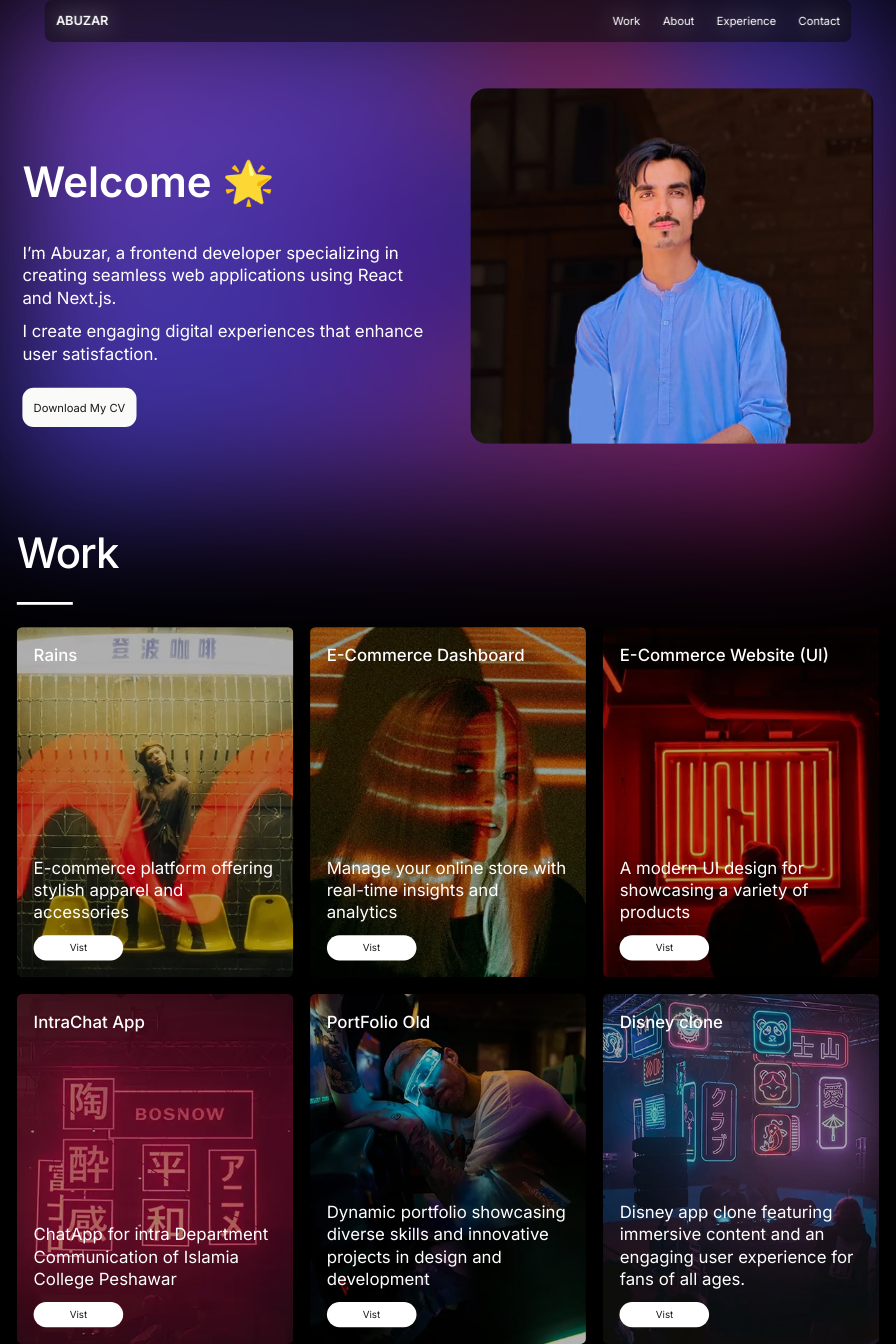
Repository: xarrkhan001/Abuzar-NewPortfolio-Framermotion
Page: /
The author's editor kept a copy of each file at every save. The page is drawn from the files as they stood at one save, then again after the next save.
The browser window is 1280 px wide. The pictures show the part of the page from y = 0 to 1920 px (the page is 4220 px tall), at 70% of full size.
The project was rebuilt for these pictures with package versions that can differ from the ones it lists, and the page was loaded fresh each time. Some packages were replaced by stand-ins written for this rebuild. Also part of the build but not shown: vite.config.js. Imported but missing from the stored project, and not drawn on this page: src/assets/abuzar01-Cv....pdf.

Above is the page before, as saved 2025-03-02 09:46:46.

After the next save:
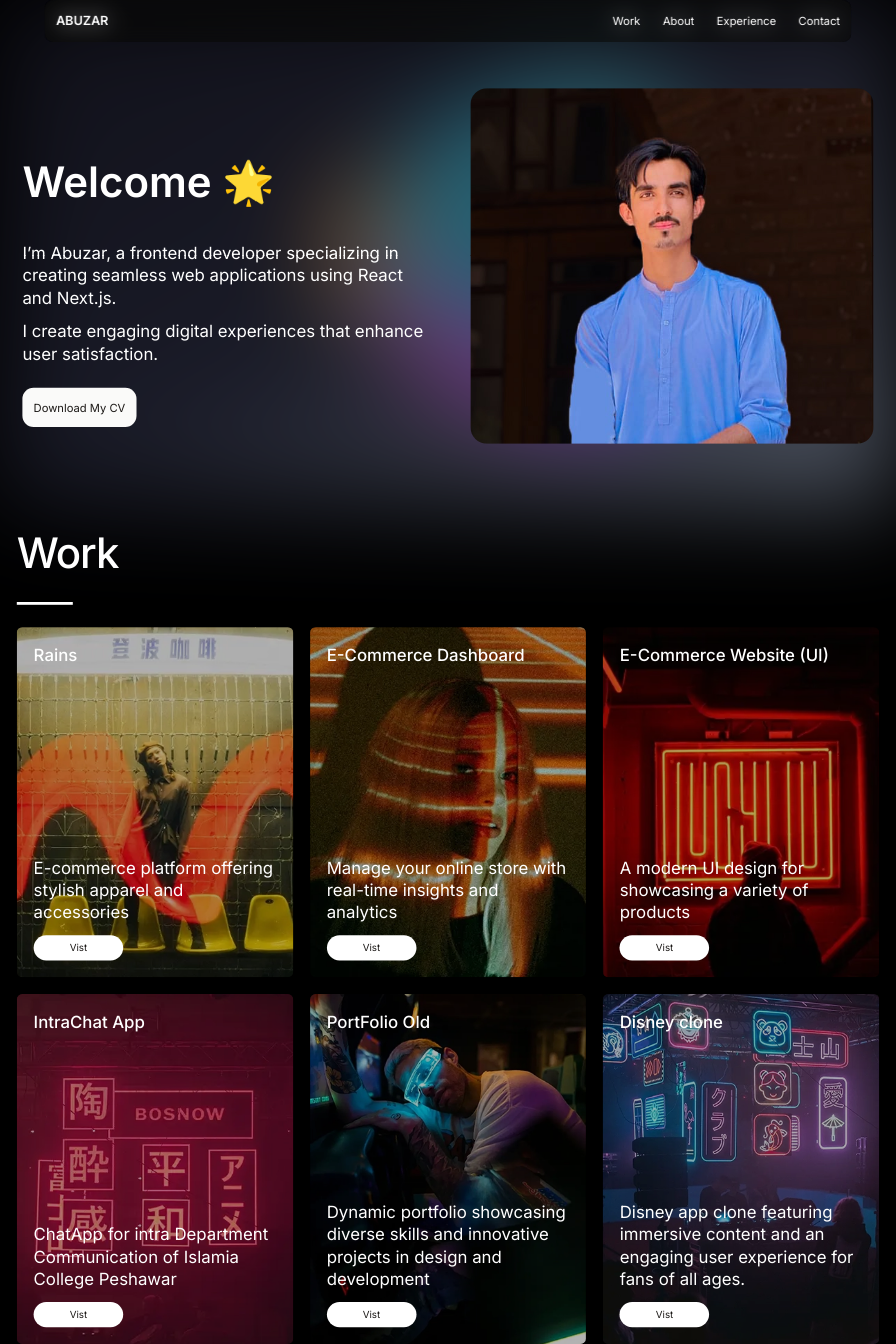
Saved 35 s later.
--- a/src/components/BlurBackground.jsx
+++ b/src/components/BlurBackground.jsx
@@ -4,43 +4,43 @@ import React from "react";
 const BlurBackground = () => {
   const circleVariants = {
     animate1: {
-      scale: [1, 1.2, 1],
-      x: [0, 100, 0],
-      y: [0, 50, 0],
-      rotateZ: [0, 45, 0],
-      transition: {
-        duration: 2,
-        repeat: Infinity,
-        ease: "easeInOut",
-      },
-    },
-    animate2: {
-      scale: [1, 1.1, 1],
-      x: [0, 120, 0],
-      y: [0, -60, 0],
-      rotateZ: [0, -45, 0],
-      transition: {
-        duration: 2,
-        repeat: Infinity,
-        ease: "easeInOut",
-      },
-    },
-    animate3: {
-      scale: [1, 1.3, 1],
-      x: [0, 140, 0],
-      y: [0, 70, 0],
-      rotateZ: [0, 90, 0],
+      scale: [1, 1.05, 1],
+      x: [0, 60, 0],
+      y: [0, 30, 0],
+      rotateZ: [0, 12, 0],
       transition: {
         duration: 3,
         repeat: Infinity,
         ease: "easeInOut",
       },
     },
+    animate2: {
+      scale: [1, 1.05, 1],
+      x: [0, 80, 0],
+      y: [0, -40, 0],
+      rotateZ: [0, -12, 0],
+      transition: {
+        duration: 3,
+        repeat: Infinity,
+        ease: "easeInOut",
+      },
+    },
+    animate3: {
+      scale: [1, 1.1, 1],
+      x: [0, 100, 0],
+      y: [0, 50, 0],
+      rotateZ: [0, 15, 0],
+      transition: {
+        duration: 4,
+        repeat: Infinity,
+        ease: "easeInOut",
+      },
+    },
     animate4: {
-      scale: [1, 1.4, 1],
-      x: [0, 160, 0],
-      y: [0, -80, 0],
-      rotateZ: [0, -90, 0],
+      scale: [1, 1.1, 1],
+      x: [0, 120, 0],
+      y: [0, -60, 0],
+      rotateZ: [0, -15, 0],
       transition: {
         duration: 4,
         repeat: Infinity,
@@ -48,23 +48,23 @@ const BlurBackground = () => {
       },
     },
     animate5: {
-      scale: [1, 1.5, 1],
-      x: [0, 180, 0],
-      y: [0, 90, 0],
-      rotateZ: [0, 135, 0],
+      scale: [1, 1.12, 1],
+      x: [0, 140, 0],
+      y: [0, 70, 0],
+      rotateZ: [0, 20, 0],
       transition: {
-        duration: 3,
+        duration: 4,
         repeat: Infinity,
         ease: "easeInOut",
       },
     },
     animate6: {
-      scale: [1, 1.6, 1],
-      x: [0, 200, 0],
-      y: [0, -100, 0],
-      rotateZ: [0, -135, 0],
+      scale: [1, 1.15, 1],
+      x: [0, 160, 0],
+      y: [0, -80, 0],
+      rotateZ: [0, -20, 0],
       transition: {
-        duration: 3,
+        duration: 4,
         repeat: Infinity,
         ease: "easeInOut",
       },
@@ -73,36 +73,36 @@ const BlurBackground = () => {
 
   return (
     <div
-      className="fixed top-0 left-0 w-full h-full overflow-hidden -z-10 pointer-events-none flex
-       justify-center items-center filter blur-[100px] opacity-70 bg-gradient-to-br from-purple-500 via-indigo-600 to-pink-600"
+      className="fixed top-0 left-0 w-full h-full overflow-hidden -z-10 pointer-events-none flex justify-center items-center
+       bg-gradient-to-br from-[#1c1c2b] via-[#2b2d42] to-[#8d99ae] filter blur-[70px] opacity-60"
     >
       <motion.div
-        className="bg-gradient-to-r from-blue-500 to-green-400 w-[350px] h-[250px] rounded-full absolute shadow-lg"
+        className="bg-gradient-to-r from-[#e3e4e8] to-[#d5e1df] w-[350px] h-[250px] rounded-full absolute shadow-lg"
         variants={circleVariants}
         animate="animate1"
       />
       <motion.div
-        className="bg-gradient-to-r from-red-500 to-yellow-500 w-[360px] h-[260px] rounded-full absolute shadow-xl"
+        className="bg-gradient-to-r from-[#f3a847] to-[#f1d84d] w-[360px] h-[260px] rounded-full absolute shadow-xl"
         variants={circleVariants}
         animate="animate2"
       />
       <motion.div
-        className="bg-gradient-to-r from-teal-500 to-cyan-600 w-[370px] h-[270px] rounded-full absolute shadow-2xl"
+        className="bg-gradient-to-r from-[#1e80b5] to-[#2bced4] w-[370px] h-[270px] rounded-full absolute shadow-2xl"
         variants={circleVariants}
         animate="animate3"
       />
       <motion.div
-        className="bg-gradient-to-r from-orange-500 to-pink-600 w-[380px] h-[280px] rounded-full absolute shadow-3xl"
+        className="bg-gradient-to-r from-[#9e4e97] to-[#c74b84] w-[380px] h-[280px] rounded-full absolute shadow-2xl"
         variants={circleVariants}
         animate="animate4"
       />
       <motion.div
-        className="bg-gradient-to-r from-yellow-600 to-red-600 w-[390px] h-[290px] rounded-full absolute shadow-4xl"
+        className="bg-gradient-to-r from-[#ff64d4] to-[#8b3ff2] w-[390px] h-[290px] rounded-full absolute shadow-3xl"
         variants={circleVariants}
         animate="animate5"
       />
       <motion.div
-        className="bg-gradient-to-r from-purple-700 to-blue-800 w-[400px] h-[300px] rounded-full absolute shadow-5xl"
+        className="bg-gradient-to-r from-[#37a2c2] to-[#4c9fb2] w-[400px] h-[300px] rounded-full absolute shadow-3xl"
         variants={circleVariants}
         animate="animate6"
       />
